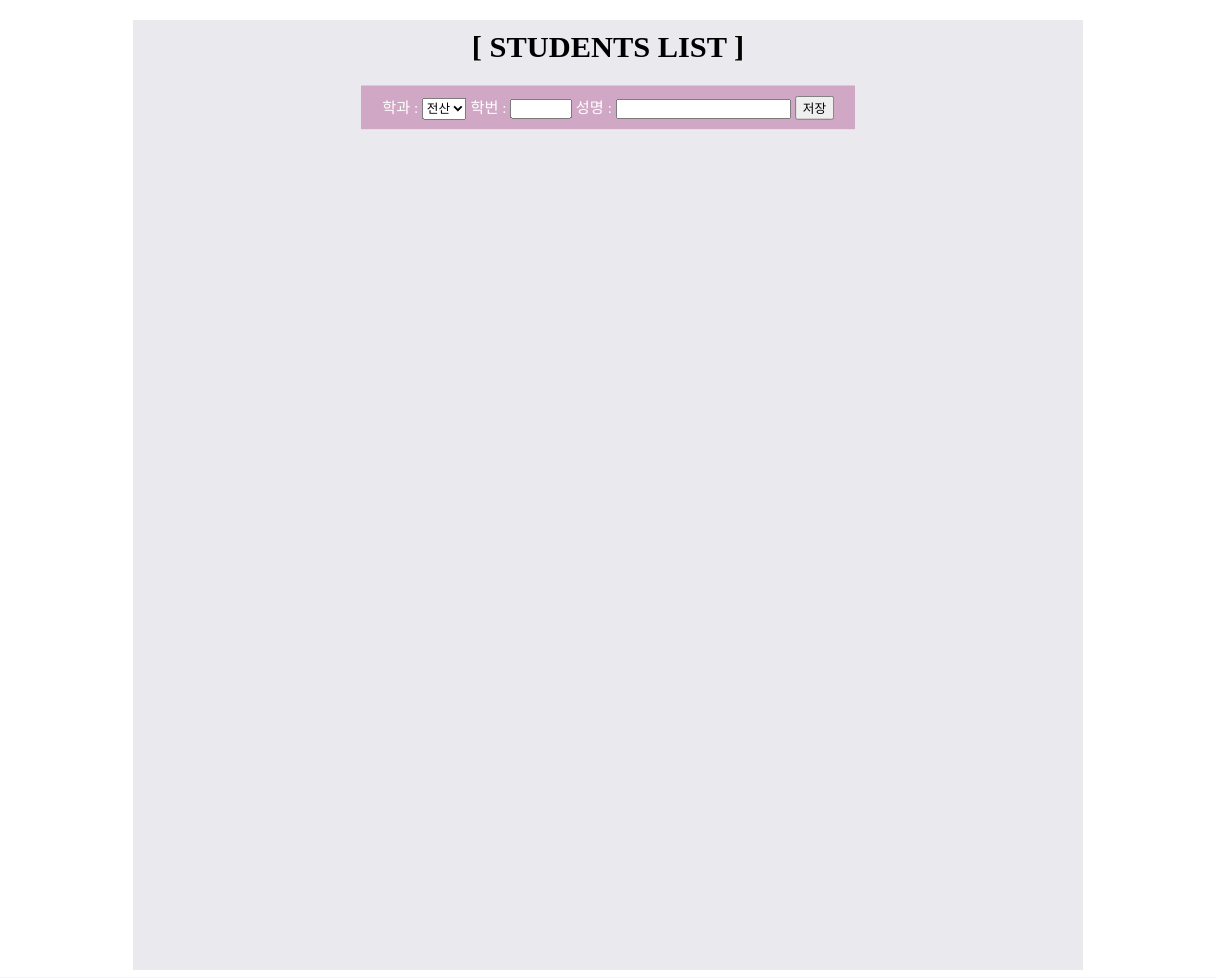
Repository: eeul07/html
Page: ex0508/WebContent/WEB-INF/students/slist.html
An editor plug-in stored every save of this project. The page is shown before and after the next save, followed by the edit.
The browser window is 1280 px wide. The pictures show the whole page, at 95% of full size.
Some web libraries are served in a nearby version.

Above is the page before, as saved 2020-05-08 01:09:10.

After the next save:
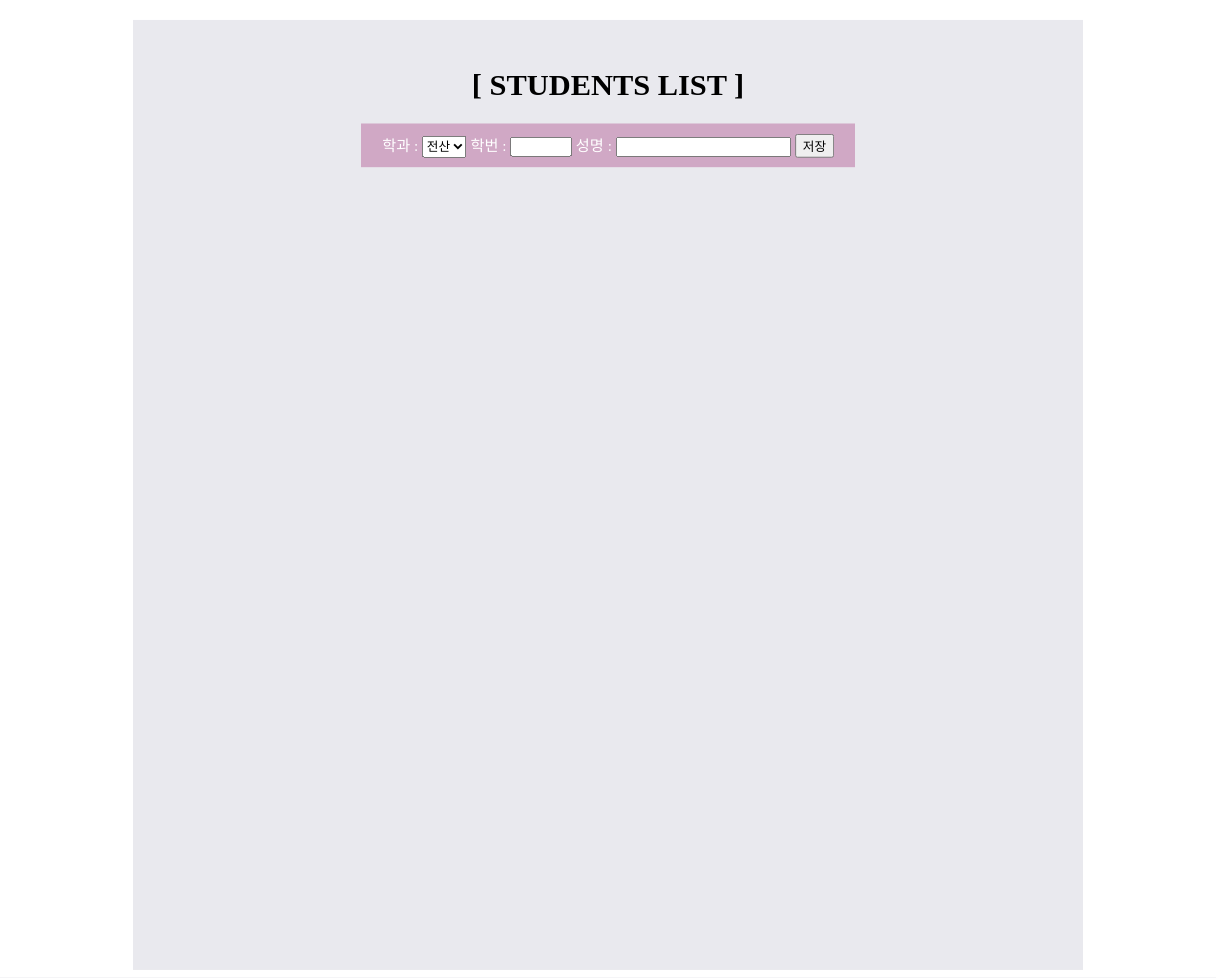
Saved 6 s later.
--- a/ex0508/WebContent/WEB-INF/students/slist.html
+++ b/ex0508/WebContent/WEB-INF/students/slist.html
@@ -7,7 +7,7 @@
 	<script src="https://cdnjs.cloudflare.com/ajax/libs/handlebars.js/3.0.1/handlebars.js"></script>
 	<style>
 		#page{background:#E9E9EE; width:1000px; height:1000px; margin:auto;}
-		h1{text-align:center; padding-top:10px;}
+		h1{text-align:center; padding-top:50px;}
 		select{height:23px;}
 		#students{background:#D0A8C5; color:white; width:500px; padding:10px; margin:auto;
 				text-align:center;}
